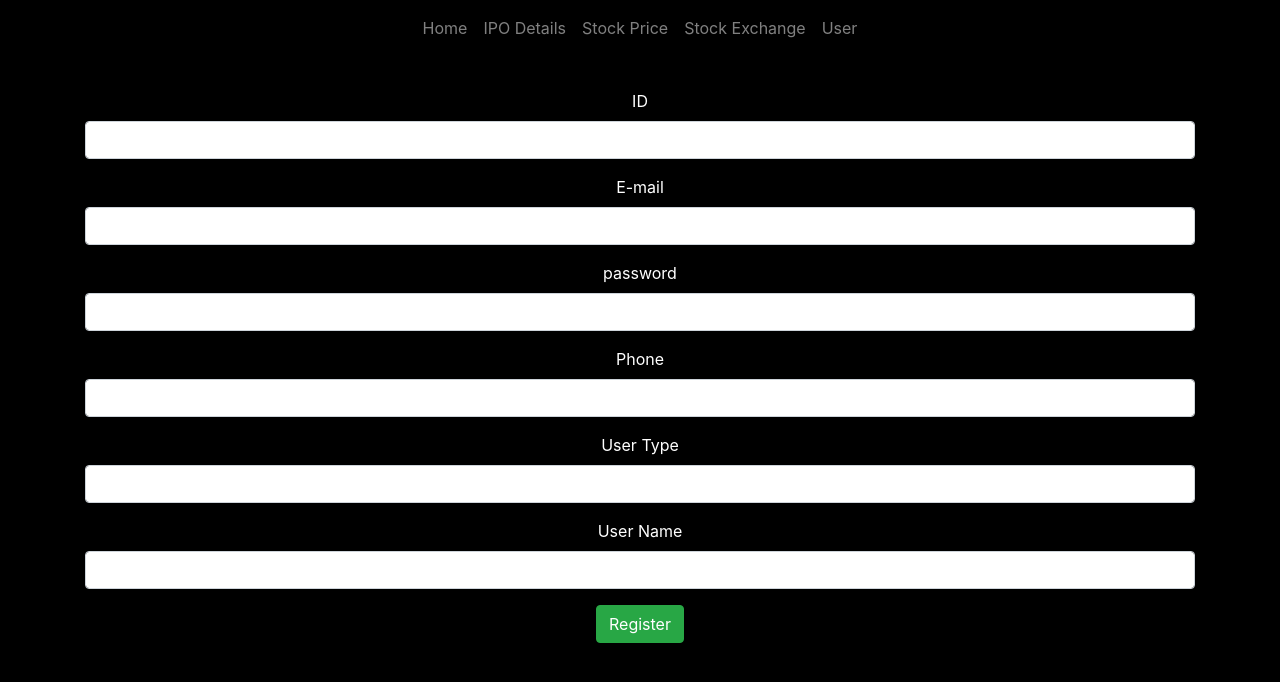
Repository: Gurudutt-S/cts-training
Page: http://localhost/StockExchangeChartingWeb/WEB-INF/views/users.jsp
These files come from the project's save history. The page is drawn as it stood at one moment and after the next save; the edit follows.
The browser window is 1280 px wide. The pictures show the whole page.
The page is served by Tomcat 9. Nobody is signed in. Other server files are loaded and not shown. The template is opened directly, without the code that normally fills it, so the values that code supplies are empty.

Above is the page before, as saved 2020-02-12 06:07:07.
Console error (its wording comes from the project's code and is left out).

### Day_36/StockExchangeChartingWeb/src/main/webapp/WEB-INF/views/users.jsp
<%@include file="header.jsp"%>

<%@ taglib uri="http://www.springframework.org/tags/form" prefix="form"%>
<%@ taglib uri="http://java.sun.com/jsp/jstl/core" prefix="c"%>


<c:url var="userUrl" value="/user/save" />

<div class="container">
	<div class="text-center:>
		<form:form action="${userUrl }" modelAttribute="user" class="w-75">

			<div class="form-group">
				<form:label path="id">ID</form:label>
				<form:input path="id" class="form-control"></form:input>
			</div>
			<div class="form-group">
				<form:label path="email">E-mail</form:label>
				<form:input path="email" class="form-control"></form:input>
			</div>
			<div class="form-group">
				<form:label path="password">password</form:label>
				<form:input path="password" class="form-control"></form:input>
			</div>
			<div class="form-group">
				<form:label path="phone">Phone</form:label>
				<form:input path="phone" class="form-control"></form:input>
			</div>
			<div class="form-group">
				<form:label path="userType">User Type</form:label>
				<form:input path="userType" class="form-control"></form:input>
			</div>
			<div class="form-group">
				<form:label path="username">User Name</form:label>
				<form:input path="username" class="form-control"></form:input>
			</div>

			<div>
				<input type="submit" value="Register" class="btn btn-success">
			</div>
		</form:form>
	</div>
</div>


</body>
</html>

### Day_36/StockExchangeChartingWeb/src/main/webapp/WEB-INF/views/header.jsp
<%@ page isELIgnored="false"%>
<%@ taglib uri="http://java.sun.com/jsp/jstl/core" prefix="c"%>
<html>
<head>
<link rel="stylesheet"
	href="https://stackpath.bootstrapcdn.com/bootstrap/4.4.1/css/bootstrap.min.css"
	integrity="sha384-Vkoo8x4CGsO3+Hhxv8T/Q5PaXtkKtu6ug5TOeNV6gBiFeWPGFN9MuhOf23Q9Ifjh"
	crossorigin="anonymous">
<script
	src="https://stackpath.bootstrapcdn.com/bootstrap/4.4.1/js/bootstrap.min.js"
	integrity="sha384-wfSDF2E50Y2D1uUdj0O3uMBJnjuUD4Ih7YwaYd1iqfktj0Uod8GCExl3Og8ifwB6"
	crossorigin="anonymous"></script>


</head>
<body style="color: white; background-color: black; text-align: center;">

	<nav class="navbar navbar-expand-lg navbar-dark ">
		<div class="collapse navbar-collapse">
			<ul class="navbar-nav mx-auto">
				<li class="nav-item"><a href="home" class="nav-link">Home</a></li>
				<li class="nav-item"><a href="ipoDetails" class="nav-link">IPO
						Details</a></li>
				<li class="nav-item"><a href="stockPrice" class="nav-link">Stock
						Price</a></li>
				<li class="nav-item"><a href="stockExchange" class="nav-link">Stock
						Exchange</a></li>
				<li class="nav-item"><a href="user-home" class="nav-link">User
						</a></li>
			</ul>
		</div>
	</nav>

	<hr>

</body>
</html>

After the next save:
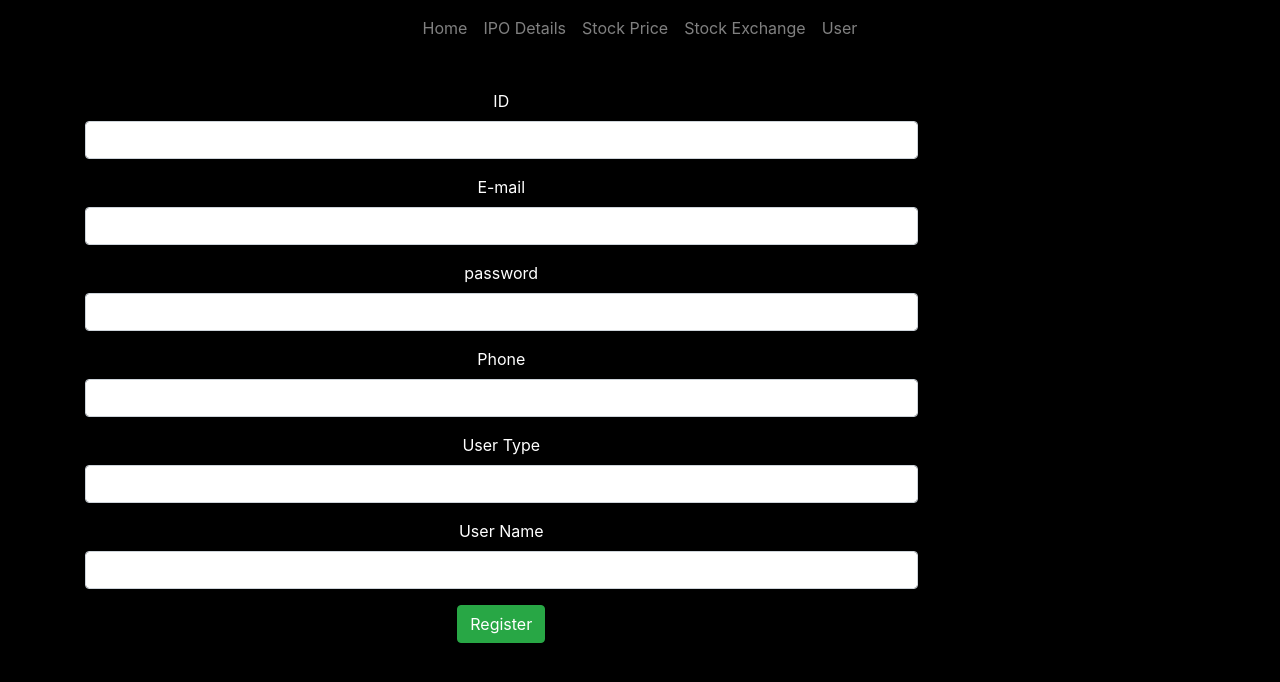
Saved 2 s later.
--- a/Day_36/StockExchangeChartingWeb/src/main/webapp/WEB-INF/views/users.jsp
+++ b/Day_36/StockExchangeChartingWeb/src/main/webapp/WEB-INF/views/users.jsp
@@ -7,7 +7,7 @@
 <c:url var="userUrl" value="/user/save" />
 
 <div class="container">
-	<div class="text-center:>
+	<div class="text-center">
 		<form:form action="${userUrl }" modelAttribute="user" class="w-75">
 
 			<div class="form-group">
